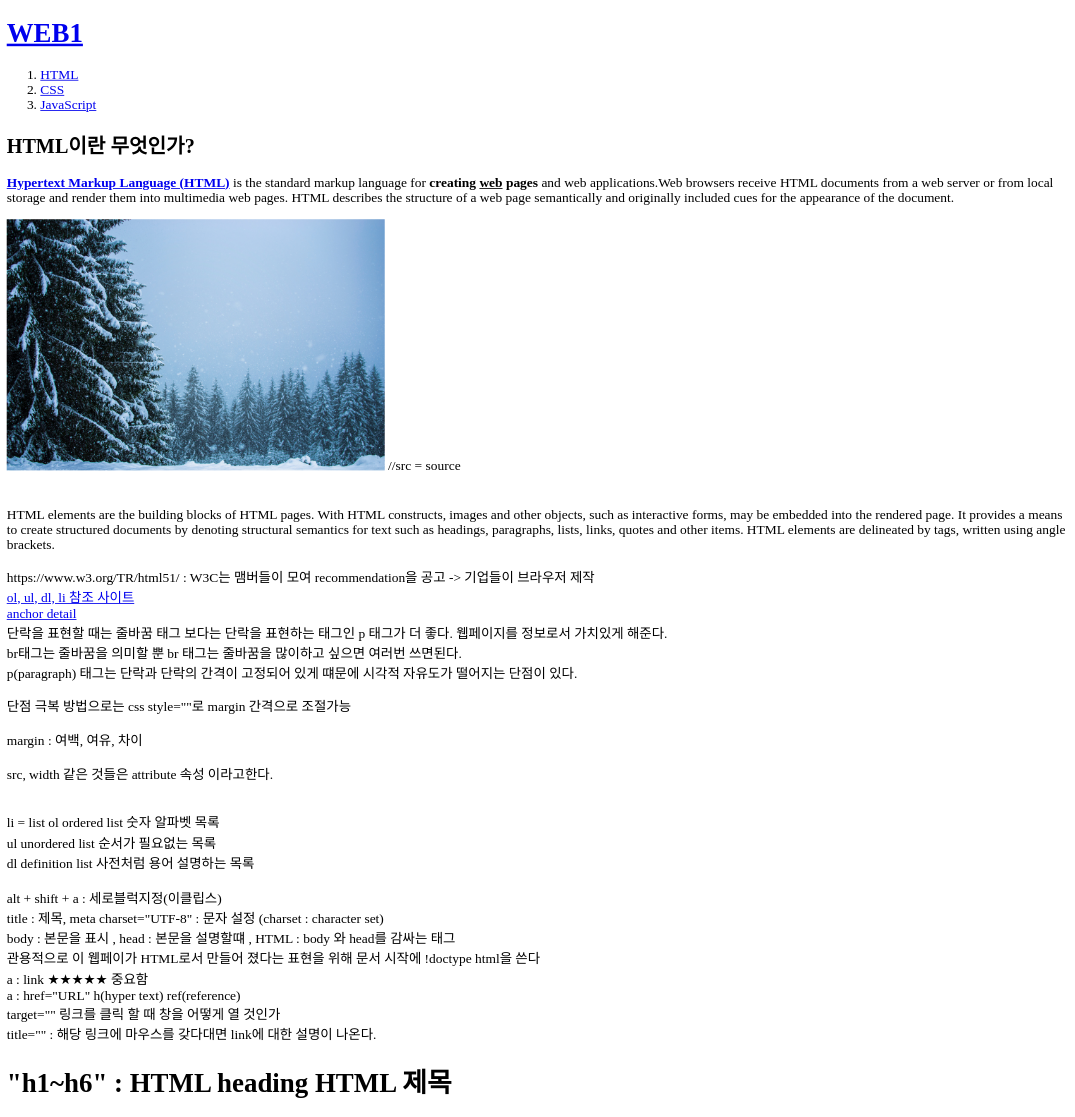
Repository: winterer4/Web-1
Page: HTML5/index.html
An editor plug-in stored every save of this project. The page is shown before and after the next save, followed by the edit.
The browser window is 1280 px wide. The pictures show the whole page, at 84% of full size.

Above is the page before, as saved 2018-10-29 07:41:10.

After the next save:
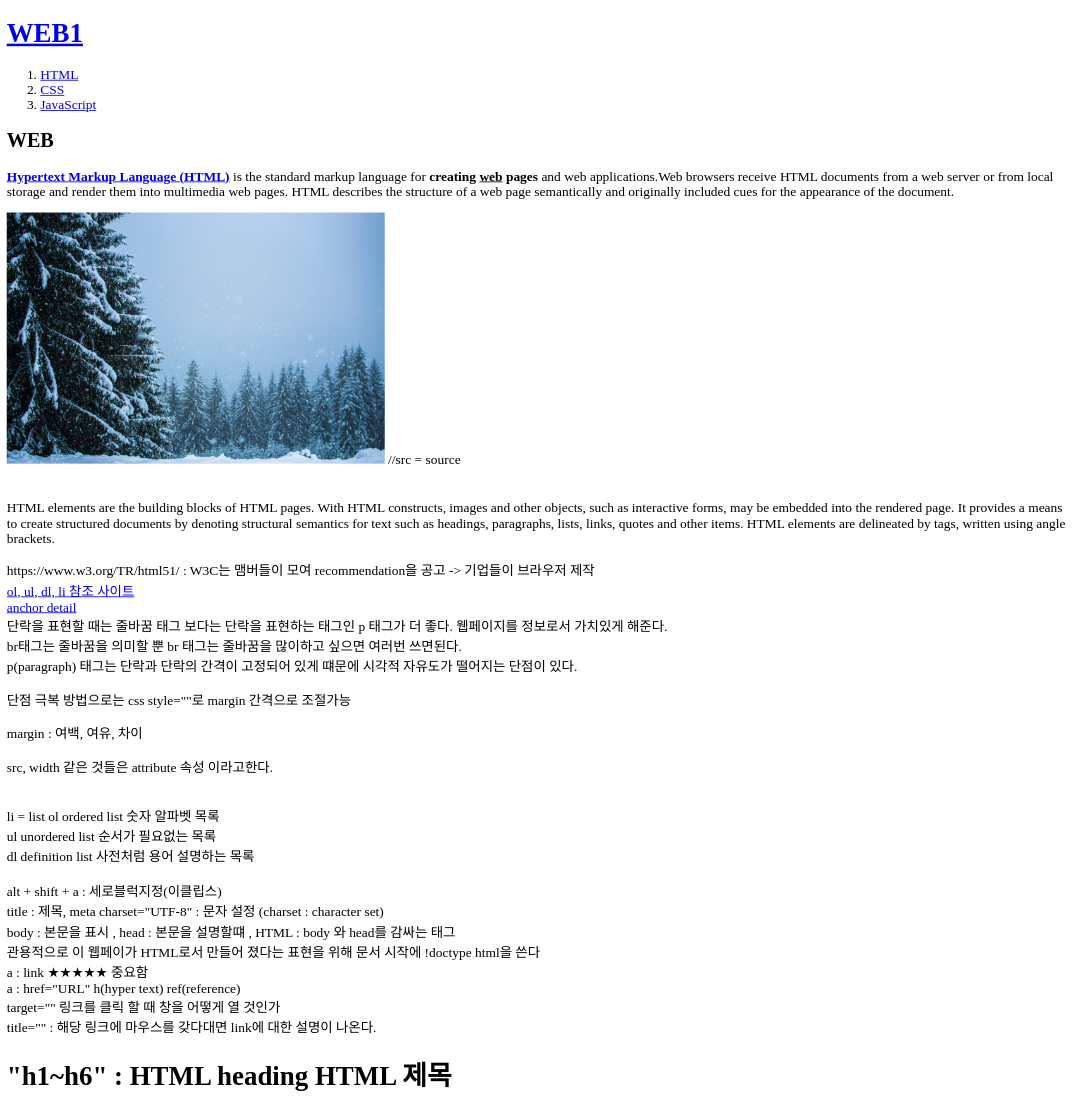
Saved 53 s later.
--- a/HTML5/index.html
+++ b/HTML5/index.html
@@ -12,7 +12,7 @@
 	<li><a href="3.html">JavaScript</a></li>
 </ol>
 
-	<h2>HTML이란 무엇인가?</h2>
+	<h2>WEB</h2>
 	<p>
 		<strong><a : href="https://www.w3.org/TR/html51/" target="_blank" title="html5 specificaiton">Hypertext Markup Language (HTML)</a></strong> is the standard markup language for <strong>creating
 			<u>web</u> pages
